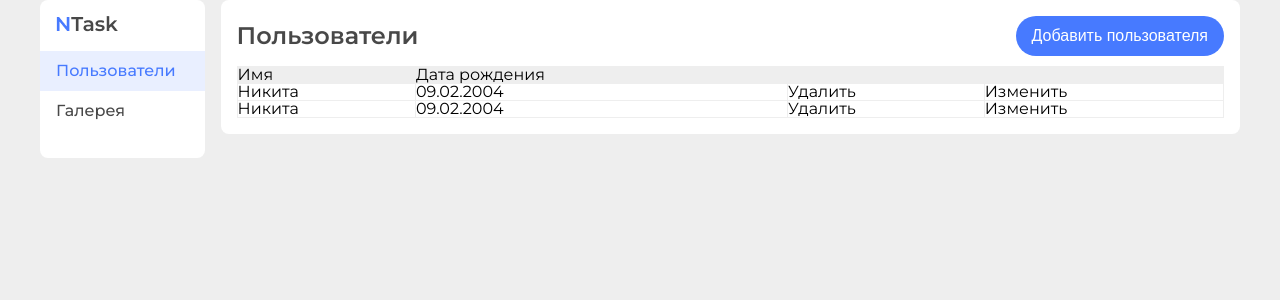
Repository: Grid-Master/NTask
Page: /
An editor plug-in stored every save of this project. The page is shown before and after the next save, followed by the edit.
The browser window is 1280 px wide. The pictures show the whole page.
The project was rebuilt for these pictures with package versions that can differ from the ones it lists, and the page was loaded fresh each time.

Above is the page before, as saved 2023-06-05 09:15:19.

After the next save:
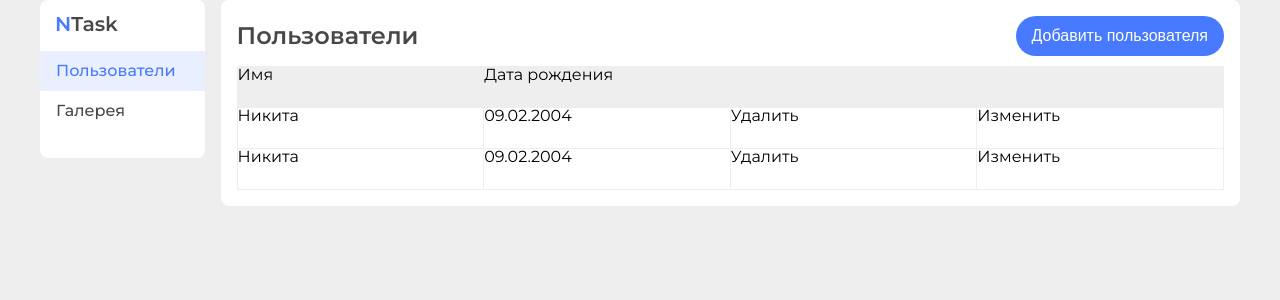
Saved 96 s later.
--- a/src/components/userList/userList.sass
+++ b/src/components/userList/userList.sass
@@ -34,5 +34,7 @@
         border-radius: 8px
         td
             border: 1px solid #EEEEEE
+            width: 238px
+            height: 40px
         &-info
             background-color: #EEEEEE
